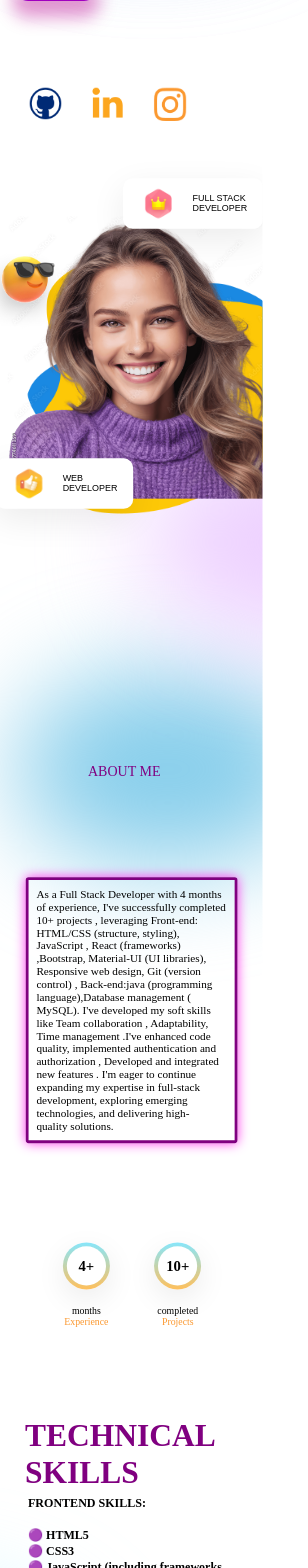
Repository: glorysandy/Protfolio
Page: /
The author's editor kept a copy of each file at every save. The page is drawn from the files as they stood at one save, then again after the next save.
The browser window is 375 px wide. The page is 440 px wide, so the pictures cover 440 px, including what lies to the right of the window. The pictures show the part of the page from y = 571 to 2811 px (the page is 7603 px tall before and 7403 px after), at 70% of full size.
Some web fonts or font styles are not loaded; a fallback is used. The project was rebuilt for these pictures with package versions that can differ from the ones it lists, and the page was loaded fresh each time. Imported but missing from the stored project, and not drawn on this page: src/components/Services/SANDHIYA.P (RESUME).pdf.

Above is the page before, as saved 2024-10-17 16:12:16.

### public/index.html
<!DOCTYPE html>
<html lang="en">
  <head>
    <meta charset="utf-8" />
    <link rel="icon" href="%PUBLIC_URL%/favicon.ico" />
    <meta name="viewport" content="width=device-width, initial-scale=1" />
    <meta name="theme-color" content="#000000" />
    <meta
      name="description"
      content="Web site created using create-react-app"
    />
    <style>
      @font-face{
        font-family: Gumela;
        src:url('../src/fonts/*');
      }
      *{
        font-family: 'Gumela';
        font-weight:normal ;
        font-size: 20px;

      }
      body{
        margin: 0;
      }
    </style>
    <link rel="apple-touch-icon" href="%PUBLIC_URL%/logo192.png" />
    <!--
      manifest.json provides metadata used when your web app is installed on a
      user's mobile device or desktop. See https://developers.google.com/web/fundamentals/web-app-manifest/
    -->
    <link rel="manifest" href="%PUBLIC_URL%/manifest.json" />
    <!--
      Notice the use of %PUBLIC_URL% in the tags above.
      It will be replaced with the URL of the `public` folder during the build.
      Only files inside the `public` folder can be referenced from the HTML.

      Unlike "/favicon.ico" or "favicon.ico", "%PUBLIC_URL%/favicon.ico" will
      work correctly both with client-side routing and a non-root public URL.
      Learn how to configure a non-root public URL by running `npm run build`.
    -->
    <title>React App</title>
  </head>
  <body>
    <noscript>You need to enable JavaScript to run this app.</noscript>
    <div id="root"></div>
    <!--
      This HTML file is a template.
      If you open it directly in the browser, you will see an empty page.

      You can add webfonts, meta tags, or analytics to this file.
      The build step will place the bundled scripts into the <body> tag.

      To begin the development, run `npm start` or `yarn start`.
      To create a production bundle, use `npm run build` or `yarn build`.
    -->
  </body>
</html>

### src/components/Navbar/Navbar.jsx
import React from "react";
import Toggle from "../Toggle/Toggle";
import "./Navbar.css";
import { Link } from "react-scroll";
const navbar = () => {
  return (
    <div className="n-wrapper" id="Navbar">
      {/* left */}
      <div className="n-left">
        <div className="n-name">MODE</div>
        <Toggle />
      </div>
      {/* right */}
      <div className="n-right">
        <div className="n-list">
          <ul style={{ listStyleType: "none" }}>
            <li>
              <Link activeClass="active" to="Navbar" spy={true} smooth={true}>
                HOME
              </Link>
            </li>
            <li>
              <Link to="testimonial" spy={true} smooth={true}>
                ABOUT
              </Link>
            </li>
            <li>
              <Link to="works" spy={true} smooth={true}>
                SKILLS
              </Link>
            </li>
            <li>
              <Link to="portfolio" spy={true} smooth={true}>
                PROJECTS
              </Link>
            </li>
            <li>
              <Link to=" services" spy={true} smooth={true}>
                RESUME
              </Link>
            </li>
          </ul>
        </div>
        <Link to="contact" spy={true} smooth={true}>
        <button className="button n-button">CONTACT</button>
        </Link>
      </div>
    </div>
  );
};

export default navbar;

### src/components/Testimonials/Testimonial.jsx
import React from "react";
import "./Testimonial.css";
import back from  "../../img/Hand coding-rafiki.png";
import { width } from "@fortawesome/free-brands-svg-icons/fa42Group";
const Testimonial = () => {

  return (
    <div className="t-wrapper" id="testimonial">
      <div className="t-heading" style={{marginLeft:"95vh" ,marginTop:"35vh"}}>
        <span>ABOUT </span>
        <span>ME </span>
      <div className="blur t-blur1" style={{ background: "var(--purple)" }}></div>
      <div className="blur t-blur2" style={{ background: "skyblue" }}></div>
      <div className="blur t-blur3" style={{ background: "voilet" }}></div>
       <div className="t-back"  >
       <img
          src={back}
          alt=""
        />
</div> <div className="t-sen" style={{fontSize:"1.6rem",fontWeight: "7rem",  position: "absolute", marginTop: "-100vh" ,marginLeft: "-48px",marginRight: "18px"
}}> <span>As a Full Stack Developer with 4 months of experience, I've   successfully completed 10+ projects , leveraging Front-end:  HTML/CSS (structure, styling), JavaScript , React (frameworks) ,Bootstrap, Material-UI (UI libraries), Responsive web design, Git (version control)
, Back-end:java (programming language),Database management ( MySQL). I've developed my soft skills like Team collaboration , Adaptability, Time management .I've enhanced code quality, implemented authentication   and authorization
,  Developed and integrated new features
. I'm eager to continue expanding my expertise in full-stack development, exploring emerging technologies, and delivering high-quality solutions.</span></div> </div>

<div className="head"> <span> ABOUT ME</span></div>

    <div className="dup">
    <span>As a Full Stack Developer with 4 months of experience, I've   successfully completed 10+ projects , leveraging Front-end:  HTML/CSS (structure, styling), JavaScript , React (frameworks) ,Bootstrap, Material-UI (UI libraries), Responsive web design, Git (version control)
, Back-end:java (programming language),Database management ( MySQL). I've developed my soft skills like Team collaboration , Adaptability, Time management .I've enhanced code quality, implemented authentication   and authorization
,  Developed and integrated new features
. I'm eager to continue expanding my expertise in full-stack development, exploring emerging technologies, and delivering high-quality solutions.</span>


      </div>

       </div>

  );
};

export default Testimonial;

### src/components/Experience/Experience.jsx
import React, { useContext } from "react";
import { themeContext } from "../../Context";
import "./Experience.css";
const Experience = () => {
  const theme = useContext(themeContext);
  const darkMode = theme.state.darkMode;

  return (
    <div className="experience" id='experience'>
      <div className="achievement">
        {/* darkMode */}
        <div className="circle" style={{color: darkMode?'var(--orange)':''}}>4+</div>
        <span  style={{color: darkMode?'white':''}}>months </span>
        <span>Experience</span>
      </div>
      <div className="achievement">
        <div className="circle" style={{color: darkMode?'var(--orange)':''}}>10+</div>
        <span  style={{color: darkMode?'white':''}}>completed </span>
        <span>Projects</span>
      </div>
    </div>
  );
};

export default Experience;

### src/components/Portfolio/Portfolio.jsx
import React, { useContext } from "react";
import "./Portfolio.css";
import { Swiper, SwiperSlide } from "swiper/react"
import "swiper/css";
import pro from "../../img/pro 1 copy.jpg";
import pro2 from "../../img/pro2.jpg";
import HOC from "../../img/hoc.png";
import pro3 from "../../img/pro3.jpg";
import { themeContext } from "../../Context";

const Portfolio = () => {
  const theme = useContext(themeContext);
  const config ={
    social:{
      pro1:'https://project-1-nerolac.vercel.app/',
      pro2:'https://rock-paper-scissors-phi-puce.vercel.app/',
      pro3:'https://sliding-puzzle-jade.vercel.app/',
    }
}

  const darkMode = theme.state.darkMode;
  return (
    <div className="portfolio" id="portfolio">
            <div className="blur t-blur2" style={{ background: "skyblue" }}></div>
      <div className="blur t-blur2" style={{ background: "voilet" }}></div>

      {/* heading */}
      <span style={{color: darkMode?'white': ''}}>Recent Projects</span>
      <span>Portfolio</span>



      {/* slider */}
      <Swiper
        spaceBetween={30}
        slidesPerView={3}
        grabCursor={true}
        className="portfolio-slider"
      ><div className="silde">


        <SwiperSlide>
          <div >
       <a href={config.social.pro1}  ><img src={pro} alt="" /></a>
          </div>
        </SwiperSlide>
        <SwiperSlide>
          <div>
          <a href={config.social.pro2}  ><img src={pro2} alt="" /></a>
          </div>
        </SwiperSlide>
        <SwiperSlide>
        <div>
        <a href={config.social.pro3}  ><img src={pro3} alt="" /></a>
        </div>
        </SwiperSlide>
        <SwiperSlide>
          <div>

          </div>
          <img src={HOC} alt="" />
        </SwiperSlide></div>
      </Swiper>

    </div>
  );
};

export default Portfolio;

### src/components/Contact/Contact.jsx
import React, { useContext, useRef, useState } from "react";
import "./Contact.css";
import emailjs from '@emailjs/browser';
import { themeContext } from "../../Context";

const Contact = () => {
  const theme = useContext(themeContext);
  const darkMode = theme.state.darkMode;
  const form = useRef();
  const [done, setDone] = useState(false)
  const sendEmail = (e) => {
    e.preventDefault();

    emailjs
      .sendForm(
        "service_y60teja",
        "template_4kj4n7i",
        form.current,
        "ORKOyUiaYznGkr2zZ"
      )
      .then(
        (result) => {
          console.log(result.text);
          setDone(true);


        },
        (error) => {
          console.log(error.text);
        }
      );
  };

  return (
    <div className="contact-form" id="contact">
      {/* left side copy and paste from work section */}

      <div className="w-left">
        <div className="awesome">
          {/* darkMode */}
          <span style={{color: darkMode?'white': ''}}>Get in Touch</span>
          <span style={{color:"purple"}}>Contact me</span>
          <div
            className="blur s-blur1"
            style={{ background: "#ABF1FF94" }}
          ></div>
        </div>
      </div>
      {/* right side form */}
      <div className="c-right">
      <form ref={form}  onSubmit={sendEmail}>
          <input type="text" name="user_name" className="user"  placeholder="NAME"/>
          <input type="email" name="user_email" className="user" placeholder="EMAIL"/>
          <textarea name="message" className="user" placeholder="MESSAGE"/>
          <input  type="submit" value="Send" className="button"/>
          <span  className="c-t">{done && "Thanks for Contacting me"}</span>  </form>
          <div
            className="blur c-blur1"
            style={{ background: "var(--purple)" }}
          ></div>


      </div>
      </div>

  );
};

export default Contact;

### src/components/Footer/Footer.jsx
import React from "react";
import "./Footer.css";
import Git from "../../img/git3.png";
import ins from "../../img/mylink.png";
import end from "../../img/end.png";
import wave2 from "../../img/AdobeStock_559187959 copy.png";
import { width } from "@fortawesome/free-brands-svg-icons/fa42Group";
const Footer = () => {

  const config ={
    social:{
      Github:'https://github.com/glorysandy',
      LinkedIn:'https://www.linkedin.com/in/sandhiya-parasuraman-822719298/',

    }
}


  return (
    <div className="footer">
     <img src={wave2} alt="" style={{ width: "100%", height: "80%",  marginTop:"-2vh"}} />

     <div className="blur t-blur1" style={{ background: "var(--purple)" }}></div>
      <div className="blur t-blur2" style={{ background: "var(--purple)" }}></div>
      <div className="f-content"  >
        <div>        <span > EMAIL ID: samuve0842@gmail.com</span> <br></br> <br></br> <br></br>
        <span>PHONE NO: 9043545860</span>
        </div>
        <div className="f-back"  >
       <img
          src={end}
          alt=""
        />
        </div>

        <div className="f-icons" >

          <a href={config.social.LinkedIn} ><img src={ins} alt="" /></a>
          <a href={config.social.Github}><img src={Git} alt=""/></a>
        </div>

      </div>
      </div>
  );
};

export default Footer;

### src/components/Toggle/Toggle.jsx
import React, { useContext } from "react";
import "./Toggle.css";
import Moon from "@iconscout/react-unicons/icons/uil-moon";
import Sun from "@iconscout/react-unicons/icons/uil-sun";
import { themeContext } from "../../Context";

const Toggle = () => {
  const theme = useContext(themeContext);
  const darkMode = theme.state.darkMode;
  const handleClick = () => {
    // debugger
    theme.dispatch({ type: "toggle" });
  };
  return (
    <div className="toggle" onClick={handleClick}>
      <Moon />
      <Sun />
      {/*                              toggle.css mein left ki property aik assign hy ussy delete
                                          krna hy pehly */}
      <div
        className="t-button"
        style={darkMode ? { left: "2px" } : { right: "2px" }}
      ></div>
    </div>
  );
};

export default Toggle;

### src/components/Navbar/Navbar.css
.n-wrapper {
  height: 10vh;
  display: flex;
  justify-content: space-between;
  margin-bottom: 2rem;
  top: 0;
}
.n-left {
  flex: 1;
  align-items: center;
  justify-content: left;
  display: flex;
  gap: 2rem;

}
.n-name {
  font-size: 1.3rem;
  font-weight: bold;
}
.n-right {
  flex: 1;
  display: flex;
  align-items: center;
  justify-content: flex-end;
  font-weight: 400;

}
.n-right :hover{
  color: rgb(165, 0, 137);


}
.n-list {
  flex: 10;
}
.n-list > ul {
  display: flex;
  gap: 2rem;
  margin-right: 4rem;
}

.n-list > ul :hover {
  color: var(--orange);
  cursor: pointer;


}

.n-button {
  flex: 2;

}

@media screen and (max-width: 480px) {
  .n-list {
    display: none;
  }
}

### src/components/Intro/Intro.css
.Intro {
  display: flex;
  height: 77vh;
  margin-top: 6rem;
}

/* left side styling */
.i-left {
  display: flex;
  position: relative;
  flex: 1;
  flex-direction: column;
  gap: 2rem;
}
.i-name {
  display: flex;
  flex-direction: column;
  gap: 0.25rem;
}
.i-name > :nth-child(1) {
  color: rgb(243, 188, 6);
  font-weight: bold;
  font-size: 3rem;
}
.i-name > :nth-child(2) {
  color: rgb(136, 7, 136);

  font-weight: bold;
  font-size: 2.9rem;
}
.i-name > :nth-child(3) {
  font-weight: 100;
  font-size: 17px;
  color: var(--gray);
  margin-top: 10px;
}
.i-button {
  width: 6rem;
  height: 2rem;

}
.i-button:hover{
  color: rgb(121, 1, 101);
  background-color: rgb(226, 80, 255);
  box-shadow: 0 0 20px rgb(255, 53, 238);

}
.i-icons {
  margin-top: 3rem;
  display: flex;
  gap: 0rem;
}
.i-icons > * {
  transform: scale(0.5);
}
.i-icons > *:hover {
  cursor: pointer;
  color: rgb(121, 1, 101);
  background-color: rgb(226, 80, 255);
  box-shadow: 0 0 20px rgb(255, 53, 238);


}
/* right side styling */
.i-right {
  flex: 1;
  position: relative;
}
.i-right > * {
  position: absolute;
  z-index: 1;
}
.i-right > :nth-child(1) {
  transform: scale(0.69);
  left: -15%;
  top: -9%;
}
.i-right > :nth-child(2) {
  top: -4.6rem;
  transform: scale(0.67);
  left: -3rem;
}
.i-right > :nth-child(3) {
  transform: scale(1.4);
  width: 18rem;
  height: 18rem;
  left: 28%;
}
.i-right > :nth-child(4) {
  transform: scale(0.62);
  top: -19%;
  left: -24%;
  border-radius: 50%;
  padding: 0;
}

/* blur */
.blur {
  position: absolute;
  width: 22rem;
  height: 14rem;
  border-radius: 50%;
  background: #edd0ff;
  filter: blur(212px);
  z-index: -9;
  top: -18%;
  left: 56%;
  filter: blur(72px);
}

@media screen and (max-width: 480px) {
  .Intro {
    flex-direction: column;
    gap: 7rem;
    height: 50rem;
  }

  .i-right {
    transform: scale(0.8);
    left: -3rem;
  }
  .i-right .blur {
    display: none;
  }
  .floating-div:nth-of-type(1){
    /* display: none; */
    top: -7rem !important;;
  }
}

### src/components/Testimonials/Testimonial.css
.t-wrapper{
    padding:  0 3rem 0 3rem;;
    height: 100vh;
    display: flex;
    align-items: center;
    justify-content: center;
    margin-top: 7rem;
    flex-direction: column;
    gap: 2rem;
    position: relative;


}
.t-heading{
    align-self: start;

}
.t-heading>*{
    font-size: 2rem;
    font-weight: bold;

}
.t-heading span:nth-of-type(2){
    color: rgba(170, 0, 170, 0.733);
}
.head{
    margin-left: -90vh;
    margin-top: -1rem;
    font-size: 20vh;
    color: purple;
    font-weight: bold;
    display: none;
}
.t-blur1{
    left: 38rem;
    top: 16rem;
}
.t-blur2{
    top: 9rem;
    left: 0;
}
.t-back{
    display: flex;
    position: relative;
    width: 35rem;
    height:35rem;
    left:-115vh;
    top:-3rem;
}
.t-sen{
font-size:1.6rem;
}
.t-sen:hover{
cursor: pointer;
color: rgb(121, 1, 101);
box-shadow: 0 0 20px rgb(255, 53, 238);
padding: 0.7rem;
border-radius: 5px;
}
.dup{
    display: none;

}
.dup{
    cursor: pointer;
    color: rgb(121, 1, 101);
    box-shadow: 0 0 20px rgb(255, 53, 238);
    padding: 0.7rem;
    border-radius: 5px;

}
@media screen and (max-width: 480px) {

    .t-back{
        flex-direction: column;
        transform: scale(0.6);
        margin-left:  -115px;
        gap:5rem;
        height: 64rem;
        margin-top: -70vh;
        position: relative;
        display: none;
    }
    .head{

        padding: 1rem;
        display: flex;
        margin-left: -20px;
    font-size: 20rem;
    font-weight: bolder;
    }
    .dup  {

        display: flex;
        margin-top: 4vh;
        transform: scale(0.8);
        border: 5px solid purple;
        color: black;
        width: 340px;
        justify-content: start;
    }
    .c-t{
        transform: scale(0.7);
        margin-top: -2rem;
    }
}

### src/components/Experience/Experience.css
.experience {
  display: flex;
  align-items: center;
  justify-content: center;
  gap: 5rem;
  height: 30vh;
  margin-bottom: 8rem;
  /* darkmode */
  color: var(--black);
  margin-top: 15vh;
}
.achievement{
    display: flex;
    flex-direction: column;
    align-items: center;
}
.circle {

    width: 4rem;
    height: 4rem;
    background: white;
    border-radius: 100%;
    position: relative;
    display: flex;
    align-items: center;
    justify-content: center;
    font-size: 1.5rem;
    font-weight: bold;
    margin-bottom: 2rem;
}
.circle::before {
    border-radius: 100%;
    content: '';
    background-image: linear-gradient(to bottom, #87e6fb 0%, #ffc05c 100%);
    top: -8px;
    left: -8px;
    bottom: -8px;
    right: -8px;
    position: absolute;
    z-index:-1;
    box-shadow: var(--boxShadow);
}

.achievement span:nth-of-type(2){
    color: var(--orange);
}


@media screen and (max-width: 480px) {
    .experience{
        transform: scale(0.7);
        margin-top: 7rem;
    }
}

### src/components/Works/Works.css
.works {
  padding: 0 3rem 0 3rem;
  display: flex;
  height: 90vh;
  margin-top: -3rem;

  /* scroll */
  align-items: center;
}
/* left side */
.awesome {
  display: flex;
  flex-direction: column;
  position: relative;
}
.tex:hover{
cursor: pointer;
color: rgb(121, 1, 101);
box-shadow: 0 0 20px rgba(255, 147, 246, 0.89);
background-color: rgba(204, 0, 245, 0.068);
padding: 2.2rem;
}
.k-button {

  width: 8rem;
  height: 2rem;
  top: 4rem;
}

/* right side */
.w-right {
  position: relative;
}

.w-mainCircle {
  left: 9rem;
  position: relative;
  width: 18rem;
  height: 18rem;
  border-radius: 100%;
  box-shadow: var(--smboxShadow);
  top: 2rem;
  background: white;
  /* darkMode */
  z-index: 2;
}
.w-mainCircle > * {
  position: absolute;
}
.w-mainCircle > :nth-child(1) {
  top: -3rem;
  left: 6rem;
}
.w-mainCircle > :nth-child(2) {
  left: -3rem;
  top: 5rem;
}
.w-mainCircle > :nth-child(3) {
  left: 6rem;
  top: 5rem;
}
.w-mainCircle > :nth-child(4) {
  left: 15rem;
  top: 5rem;
}
.w-mainCircle > :nth-child(5) {
  left: 6rem;
  top: 13rem;
}
.w-secCircle {
  width: 6.5rem;
  height: 6.5rem;
  position: absolute;
  border-radius: 100%;
  border: 5px solid #ebebeb;
  display: flex;
  align-items: center;
  justify-content: center;
  background: "none";
  box-shadow: var(--smboxShadow);
  background: white;
}

.w-secCircle > img {
  transform: scale(0.6);
}

.w-backCircle {
  position: absolute;
  height: 13rem;
  width: 13rem;
  border-radius: 100%;
  /* darkMode */
  z-index: 1;
}
.blueCircle {
  background: #1949b8;
  left: 18rem;
  top: 0rem;
}
.yellowCircle {
  background: #f5c32c;
  left: 18rem;
  top: 8rem;
}

@media screen and (max-width: 480px) {
  .works {
    flex-direction: column;
  height: 220vh;
    padding: 1rem;
    gap: 5rem;
    position: relative
    ;
    margin-top: -6rem;
  }
  .awesome > :nth-child(2){
    position: relative;
    transform: scale(0.9);

    margin-left: -20px;
  }
 .awesome > :nth-child(3){

  transform: scale(1.0);
font-size: 0.5rem;
display: contents;
margin-left: 5rem;

}
.k-button{
  gap: 1rem;
  margin-top: 2vh;
  margin-left: 1rem;
}
  .w-right {
    display: flex;
    align-items: flex-start;
    justify-content:start;
    transform: scale(0.7);

  }
  .w-mainCircle{
    position: static;
  }
  .w-backCircle{
    left: 8rem!important;
  }

}

### src/components/Portfolio/Portfolio.css
.portfolio {
  display: flex;
  align-items: center;
  justify-content: center;
  flex-direction: column;
  height: 70vh;
margin-top: 3rem;;
}
/* heading */
.portfolio span:nth-of-type(1) {
  color: var(--black);
  font-size: 2rem;
  font-weight: bold;
}

.portfolio span:nth-of-type(2) {
  color: purple;
  font-size: 2.5rem;
  font-weight: bold;
}

/* slider */
.portfolio .swiper{
    overflow: visible!important;
}

.portfolio-slider {
  margin-top: 6rem;
  width: 100%;
}

.portfolio-slider .swiper-slide {
  width: 20rem;
}
.portfolio img {
  width: 19rem;
  filter: drop-shadow(-12px 15px 13px rgba(0, 0, 0, 0.25));
  border-radius: 19px;
}
.slide{
  cursor: pointer;
  background-color: rgb(1, 12, 22);
}
.s-blur2 {
  left: 14rem;
  top: 8rem;
}

.s-blur1 {
  top: 13rem;
  left: -18rem;
}

### src/components/Services/Services.css
.services {
  padding: 0 3rem 0 3rem;
  display: flex;
  height: 30rem;
  margin-bottom: 8rem;
  margin-top: 5rem;
  margin-bottom: 13rem;
  /* scroll view */
  padding-top: 3rem;
}
/* left side */
.awesome {
  display: flex;
  flex-direction: column;
  position: relative;
  /* gap: 20px; */
}

.awesome > :nth-child(1) {
  color: var(--black);
  font-size: 2.5rem;
  font-weight: bold;
}
.awesome > :nth-child(2) {
  color: purple;
  font-size: 2.5rem;
  font-weight: bold;
}
.awesome > :nth-child(3) {
  color: var(--gray);
  font-size: 14px;
  margin-top: 1rem;
}
.s-back{
  display: flex;
  position: relative;
  height: 80vh;
  width: 80vh;
  margin-left: -130px;
  margin-top: -3rem;
}

.s-button {
  width: 10rem;
  height: 2.4rem;
  margin-top: -0.3rem;
font-weight: 600;
}
/* right sided */
.cards {
  position: relative;
  left: 32vh;
}
.cards > * {
  position: absolute;
}

/* blur */
.s-blur2 {
  left: 14rem;
  top: 8rem;
}

.s-blur1 {
  top: 13rem;
  left: -18rem;
}

@media screen and (max-width: 480px) {
  .services {
    margin-top: 4rem;
    flex-direction: column;
    gap: 5rem;
    height: 66rem;
    padding: 2px;
  }
.s-back{
  transform: scale(0.8);
  padding: 1rem;
}
  .cards {
    display: flex;
    flex-direction: column;
    gap: 17rem;
  }
  .cards > * {
    position: static;
  }
  .s-button{
    justify-content: center;
    margin-left: 4rem;
  }
}

### src/components/Contact/Contact.css
.contact-form{
    padding: 0 3rem 0 3rem;
    display: flex;
    height: 80vh;
    margin-top: 1rem;
      /* scroll */
  padding-top: 3rem;
}


.c-right{
    display: flex;
    justify-content: center;
    position: relative;
    flex: 1;
}

.c-right>form
{
    display: flex;
    flex-direction: column;
    gap: 2rem;
    align-items: center;

}

.c-right .user{
    width: 20rem;
    height: 2rem;
    padding: 0.3em;
    outline: none;
    border: 4px solid purple;
    border-radius: 8px;
    font-size: 16px;

}

.user:hover{
    border: 4px solid purple ;
    background-color: rgb(245, 194, 255);
    box-shadow: 0 0 20px rgb(255, 170, 248);
cursor: pointer;
}
textarea{
    height: 4rem!important;
}

.c-blur1{
    top: 1rem;
    left: 8rem;
}

@media screen and (max-width: 480px) {
    .contact-form{
        padding: 1rem;
        flex-direction: column;
        gap: 5rem;
        height: 40rem;
        margin-top: 20rem;
    }
    .c-right .user{
        width: 16rem;

    }

}   .c-right .button{
    position: static;
}

### src/components/Footer/Footer.css
.footer {
  display: flex;
  align-items: center;
  margin: -0.5rem -3.5rem;
  position: relative;
  margin-top: -7rem;

}

.f-content {
  position: absolute;
  display: flex;
  align-items: center;
  justify-content: center;
  flex-direction: column;
  width: 100%;
  margin-top: 2rem;
  gap: 4rem;
  color: rgb(143, 0, 143);
  font-weight: 700;
  font-size: 10rem;
}
.f-ip{
  display: flex;
  position: relative;
  width: 5rem;
  height:5rem;

}
.f-icons {
  display: flex;
  gap: 2rem;
  margin-top: -3rem;
  margin-left: -60px;
}
.f-icons:hover{
color:rgb(254, 255, 176);
cursor: pointer;
}
.f-back{
  position: absolute;
  margin-left: -120vh;
  margin-top: -6rem;
}
@media screen and (max-width: 480px){
  .footer{
    margin-top: -8rem;
  }
  .f-content{
    transform: scale(.5);
    margin-left: 20px;
    margin-top: -0.5rem;


  }
  .f-back{
    transform: scale(0.65);
   margin-left: -570px;
  }
}

### src/components/Toggle/Toggle.css
.toggle{
    display: flex;
    justify-content:space-between;
    border: 3px solid var(--purple);
    border-radius: 1rem;
    position: relative;
    padding: 2px;
    cursor: pointer;

}
.toggle>*{
    width: 1rem;
    height: 1rem;
    color: purple;
}
.t-button{
    border-radius: 100%;
    background: var(--purple );
    position: absolute;
}
.t-button:hover{
    background: linear-gradient(180deg, #e600e6 26.71%, #9f00be 99.36%);
    box-shadow: 0px 20px 24px 3px rgba(184, 0, 144, 0.42);

}

### src/components/Card/Card.css
.card {
  width: 10rem;
  height: 13rem;
  position: absolute;
  display: flex;
  flex-direction: column;
  gap: 1rem;
  align-items: center;
  width: 10rem;
  text-align: center;
  background: rgba(255, 255, 255, 0.26);
  border: 8px solid rgba(150, 0, 150, 0.815);
  box-shadow: var(--boxShadow);
  border-radius: 20px;
  padding: 0px 26px 2rem 26px;
}
.card span:nth-of-type(2) {
  color: var(--gray);
  font-size: 16px;
}
.card > img {
  transform: scale(0.6);
  margin-bottom: -2rem;
}
.c-button {
    background: #FFFFFF;
    box-shadow: 0px 19px 60px rgba(0, 0, 0, 0.08);
    border-radius: 7px;
    border: none;
    padding: 10px;
    font-size: 16px;
    color: #5290FD;
}

.c-button:hover{
    transform: scale(1.1);
    cursor: pointer;
}
/* cards */




@media screen and (max-width: 480px){
  .card{
    width: 240px;
    margin-left: -140px;
    justify-content: center;
    padding: 1 rem;
  }
}

Loaded but not shown: src/index.js (common file); src/App.js (common file); src/Context.js (common file); src/App.css (common file); src/components/FloatingDiv/FloatingDiv.jsx (common file); src/components/Card/Card.jsx (common file); src/components/FloatingDiv/FloatingDiv.css (common file); src/components/Intro/Intro.jsx (109 lines, source omitted); src/components/Works/Works.jsx (95 lines, source omitted); src/components/Services/Services.jsx (95 lines, source omitted)

After the next save:
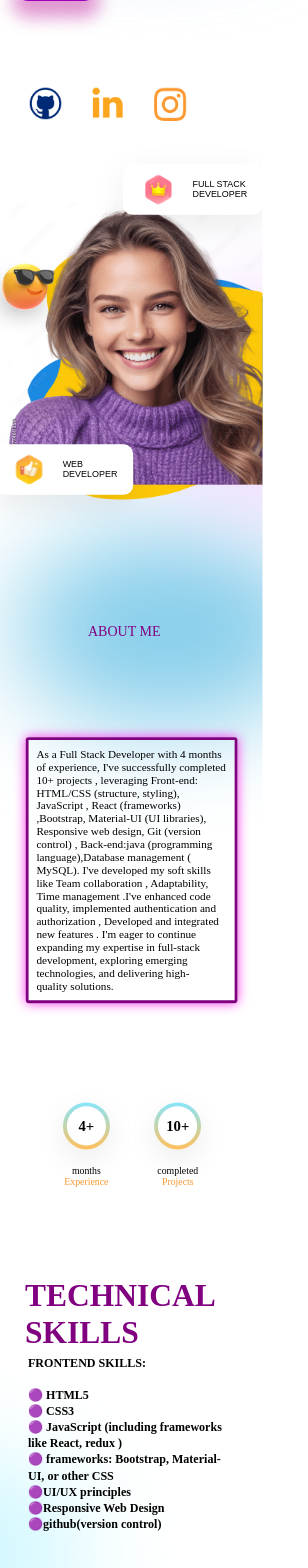
Saved 12 s later.
--- a/src/components/Intro/Intro.css
+++ b/src/components/Intro/Intro.css
@@ -112,7 +112,7 @@
   .Intro {
     flex-direction: column;
     gap: 7rem;
-    height: 50rem;
+    height: 40rem;
   }
 
   .i-right {
